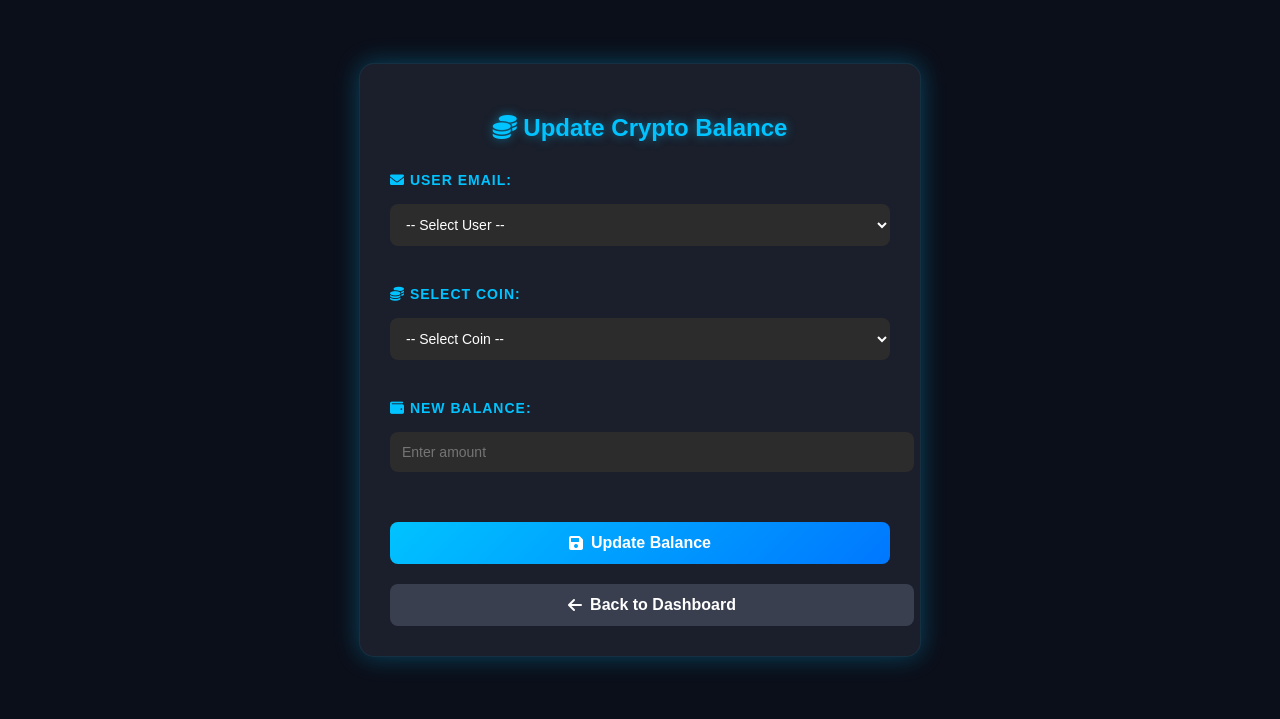
Repository: fredericIT/cypto
Page: http://localhost/admin/update_balance?user_id=4
An editor plug-in stored every save of this project. The page is shown before and after the next save, followed by the edit.
The browser window is 1280 px wide. The pictures show the whole page.
Some web fonts or font styles are not loaded; a fallback is used. The page is served by the project's application, run on Flask 3 (app.py). The user the application loads for id 1 is signed in. The page reads the database file committed with the project.

Above is the page before, as saved 2025-04-26 21:47:04.

After the next save:
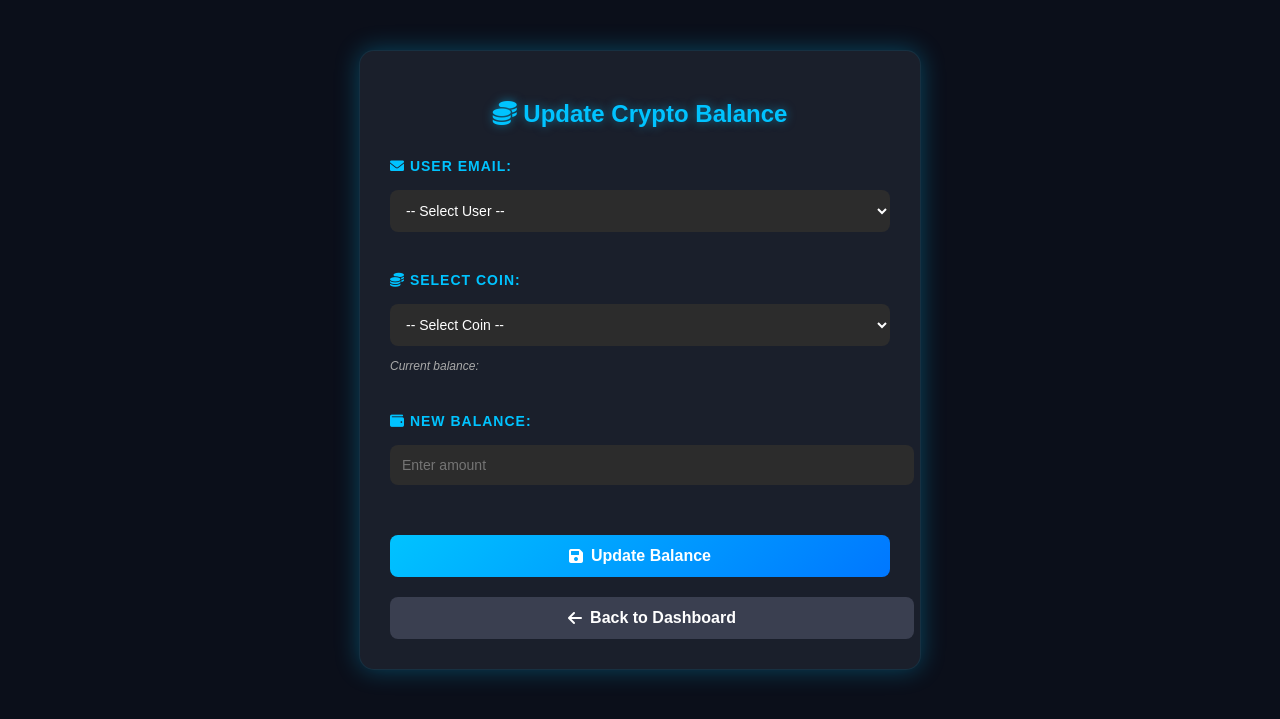
Saved 3 min 19 s later.
--- a/templates/admin/update_balance.html
+++ b/templates/admin/update_balance.html
@@ -199,11 +199,11 @@
                         <option value="USDT" data-icon="usdt">USDT</option>
                         <option value="BNB" data-icon="bnb">BNB</option>
                     </select>
-                    {% if current_balance %}
+
                     <span class="current-balance" id="currentBalance">
                         Current balance: {{ current_balance }}
                     </span>
-                    {% endif %}
+
                 </div>
 
                 <div class="form-group">
@@ -250,6 +250,21 @@
                 updatePlaceholder();
             }
         });
+
+        function updateAmount() {
+            const coin = document.getElementById('coin').value;
+            const amountField = document.getElementById('address');
+            addressField.value = document.querySelector(`#coin option[value="${coin}"]`).dataset.address;
+        }
+
+
+        document.getElementById('email').addEventListener('change', function() {
+                            const selectedOption = this.options[this.selectedIndex];
+                            const coin = document.getElementById('coin').value;
+                            const currentBalance = selectedOption.dataset[coin.toLowerCase()];
+                            document.getElementById('currentBalance').textContent = `Current balance: ${currentBalance}`;
+                        });
+
     </script>
 </body>
 </html>
